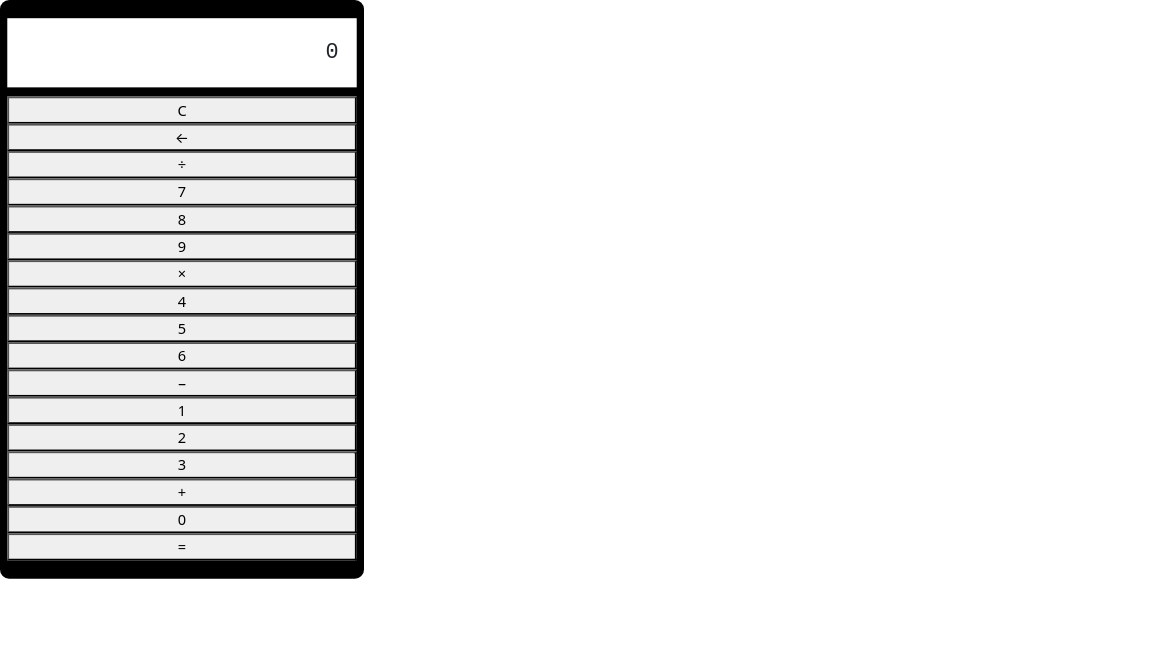
Repository: jgramirez0210/LAB-calculator
Page: index.html
These files come from the project's save history. The page is drawn as it stood at one moment and after the next save; the edit follows.
The browser window is 1280 px wide. The pictures show the whole page, at 91% of full size.

Above is the page before, as saved 2023-10-10 20:49:43.

### index.html
<!DOCTYPE html>
<html lang="en">
<head>
  <meta charset="UTF-8">
  <meta name="viewport" content="width=device-width, initial-scale=1.0">
  <title>Calculator</title>
  <link href="https://cdn.jsdelivr.net/npm/bootstrap@5.3.2/dist/css/bootstrap.min.css" rel="stylesheet" integrity="sha384-T3c6CoIi6uLrA9TneNEoa7RxnatzjcDSCmG1MXxSR1GAsXEV/Dwwykc2MPK8M2HN" crossorigin="anonymous">
  <link rel="stylesheet" href="main.css">
</head>
<body>
  <div class="calculator-wrapper">
    <div class="row">
    <div id="display">0</div>
    <button id="clear-btn">C</button>
    <button id="back-btn">←</button>
    <button id="divide-btn">÷</button>
  </div>
  <div class="row">
    <button id="7">7</button>
    <button id="8">8</button>
    <button id="9">9</button>
    <button id="multiply">×</button>
  </div>
  <div class="row">
    <button id="4">4</button>
    <button id="5">5</button>
    <button id="6">6</button>
    <button id="minus">−</button>
  </div>
  <div class="row">
    <button id="1">1</button>
    <button id="2">2</button>
    <button id="3">3</button>
    <button id="add">+</button>
  </div>
  <div class="row">
    <button id="0">0</button>
    <button id="=">=</button>
  </div>
  </div>
  <script src="https://cdn.jsdelivr.net/npm/bootstrap@5.3.2/dist/js/bootstrap.bundle.min.js" integrity="sha384-C6RzsynM9kWDrMNeT87bh95OGNyZPhcTNXj1NW7RuBCsyN/o0jlpcV8Qyq46cDfL" crossorigin="anonymous"></script>
  <script src="main.js"></script>
</body>
</html>

### main.css
.calculator-wrapper {
  width: 400px;
  background-color: #000000;
  padding: 20px;
  border-radius: 10px;
}

#display {
  font-family: monospace;
  background-color: #ffffff;
  padding: 20px;
  font-size: 24px;
  margin-bottom: 10px;
  text-align: right;
}

.row {
  display: flex;
  justify-content: space-between;
  margin-bottom: 2$;
}

button {
  width: 24.5%
}

### main.js
console.log("testeroo")

After the next save:
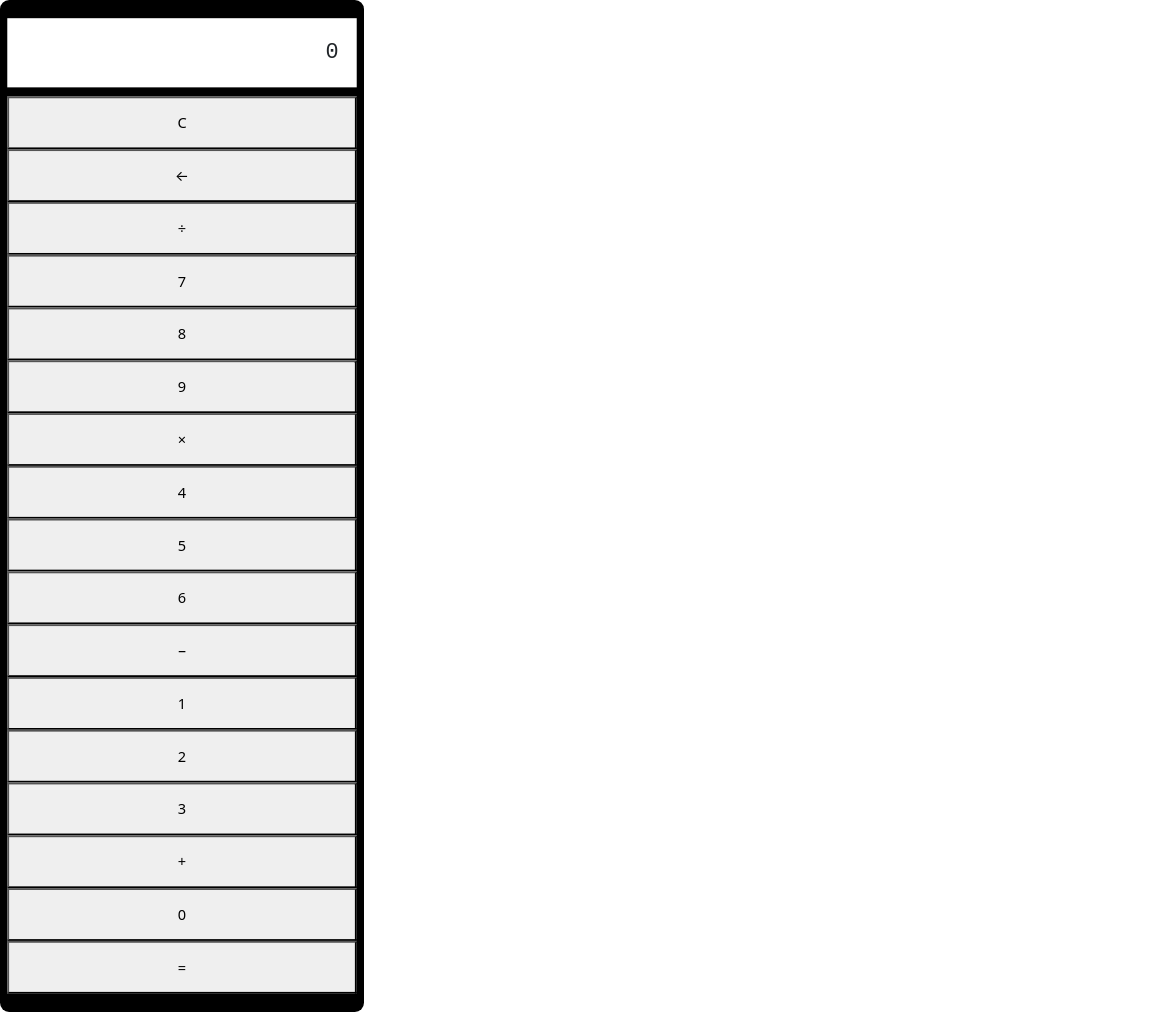
Saved 9 s later.
--- a/main.css
+++ b/main.css
@@ -21,5 +21,6 @@
 }
 
 button {
-  width: 24.5%
+  width: 24.5%;
+  padding:15px;
 }
